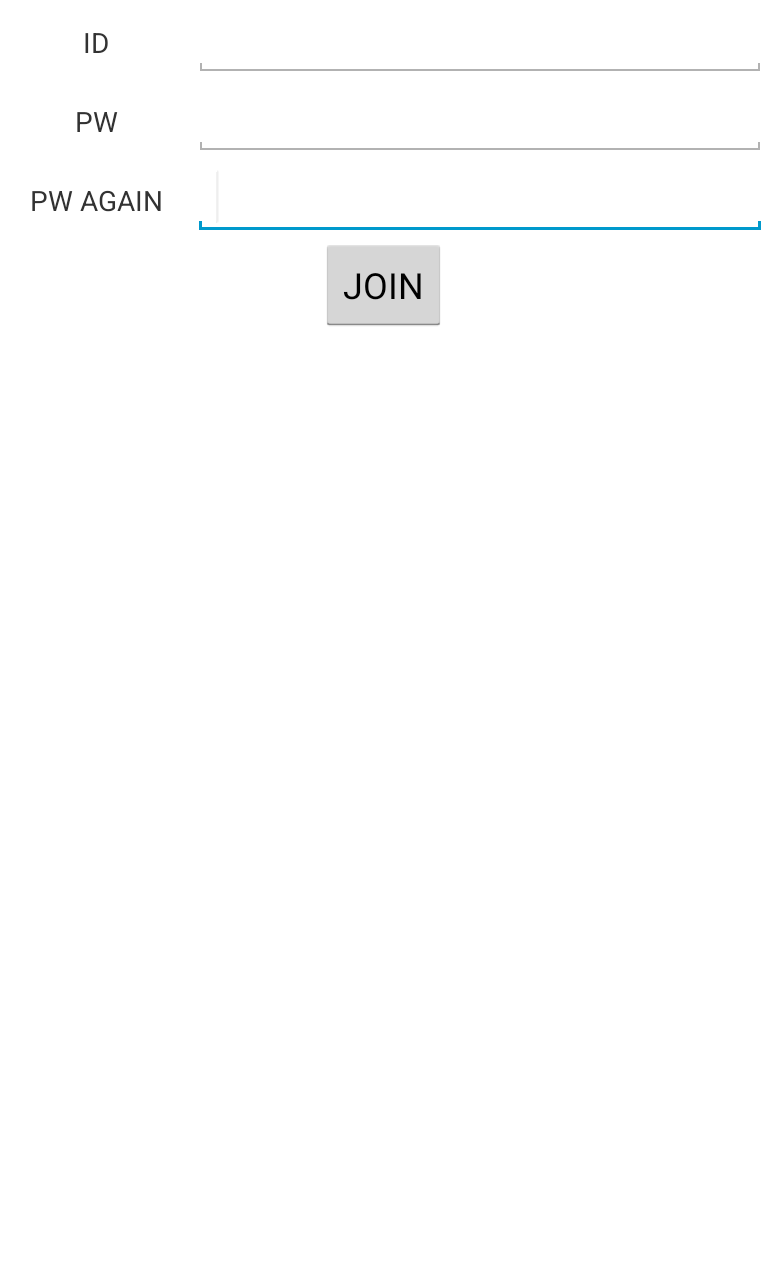
Repository: mewards/Android_Study
Layout: hw/wooil/hw4/res/layout/join.xml
An editor plug-in stored every save of this project. The layout is shown before and after the next save, followed by the edit.
It is drawn on a 768 x 1280 px phone screen (xhdpi) without system bars, with theme AppTheme; the app's code is not run.

Above is the layout before, as saved 2014-03-04 05:33:56.

After the next save:
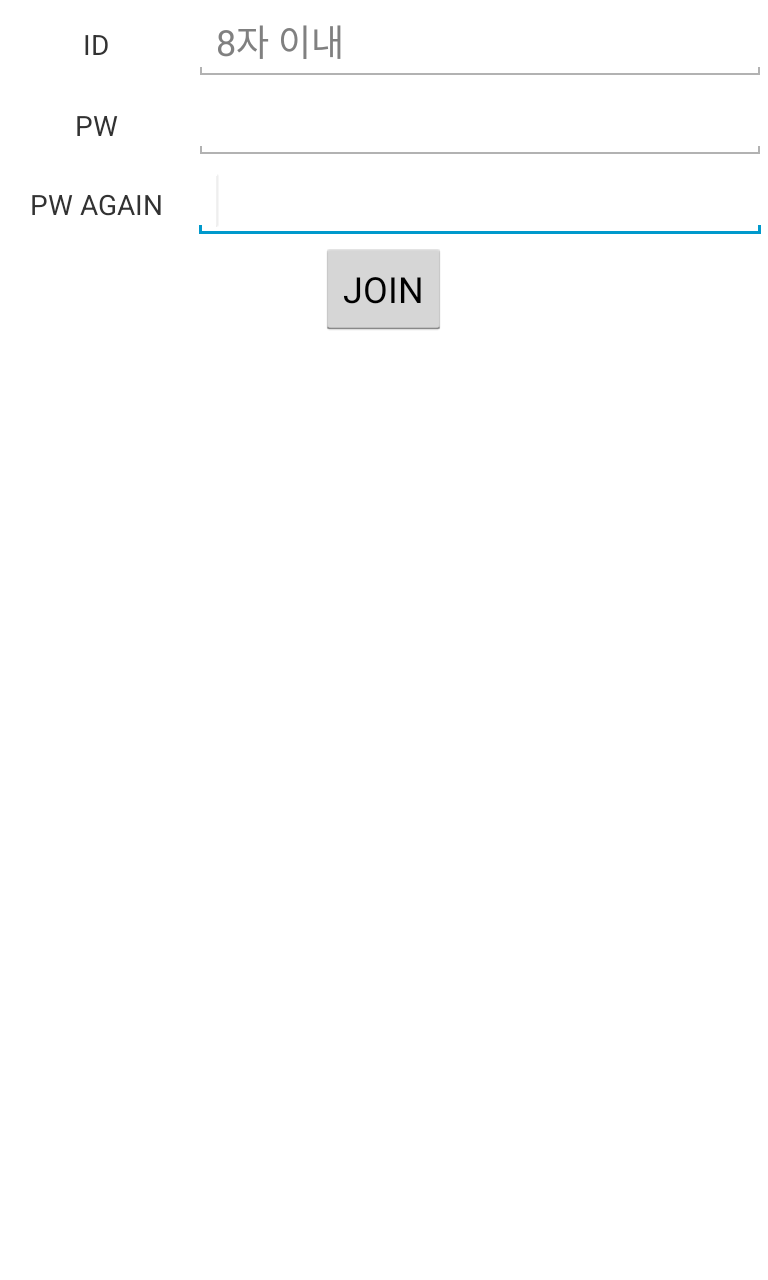
Saved 34 s later.
--- a/hw/wooil/hw4/res/layout/join.xml
+++ b/hw/wooil/hw4/res/layout/join.xml
@@ -22,6 +22,7 @@
             android:layout_width="0dp"
             android:layout_height="wrap_content"
             android:layout_weight="3"
+            android:hint="8자 이내"
             android:ems="10" >
 
             <requestFocus />
